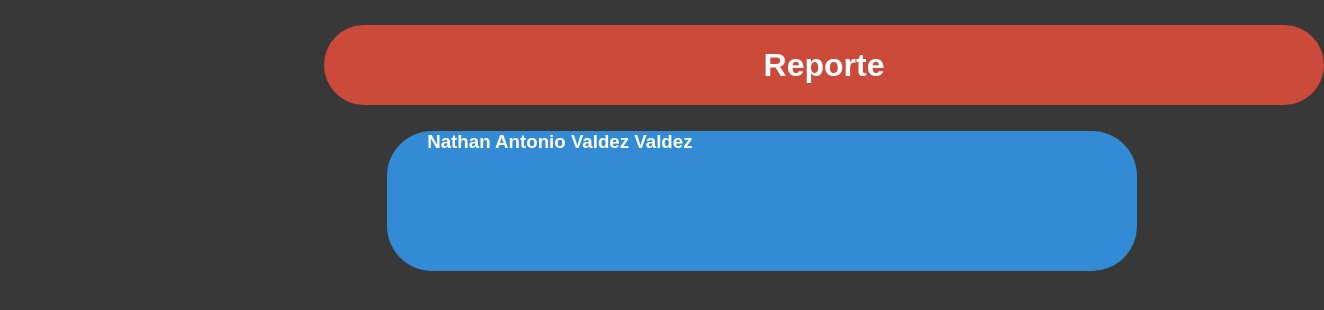
Repository: nathanvdev/LFP_PR_202001568
Page: plantilla.html
The author's editor kept a copy of each file at every save. The page is drawn from the files as they stood at one save, then again after the next save.
The browser window is 1280 px wide. The page is 1324 px wide, so the pictures cover 1324 px, including what lies to the right of the window. The pictures show the whole page.

Above is the page before, as saved 2022-02-19 18:51:24.

### plantilla.html

<!DOCTYPE html>
<html lang="en">
<head>
    <meta charset="UTF-8">
    <meta http-equiv="X-UA-Compatible" content="IE=edge">
    <meta name="viewport" content="width=device-width, initial-scale=1.0">
    <title>Document</title>
</head>
<style>
    body{
        font-family: sans-serif;
    }
    .titlebox{
        background-color: rgb(204, 74, 57);
        height: 80px;
        width: 1000px;
        margin: 2%;
        margin-left: 25%;
        border-radius: 45px;


        display: flex;
        justify-content: center;
    }
    .PersonalInfo{
        background-color: rgb(50, 139, 212);
        height: 140px;
        width: 750px;
        margin: 2%;
        margin-left: 30%;
        border-radius: 45px;

    }
</style>
<body style="background-color: rgb(56, 56, 56);">
    <div class="titlebox">
        <h1 style="color: white;">Reporte</h1>
    </div>
    <div class="PersonalInfo">
        <h3 style="color: white; padding-left: 40px;">
            Nathan Antonio Valdez Valdez
        </h3>
    </div>
</body>
</html>

After the next save:
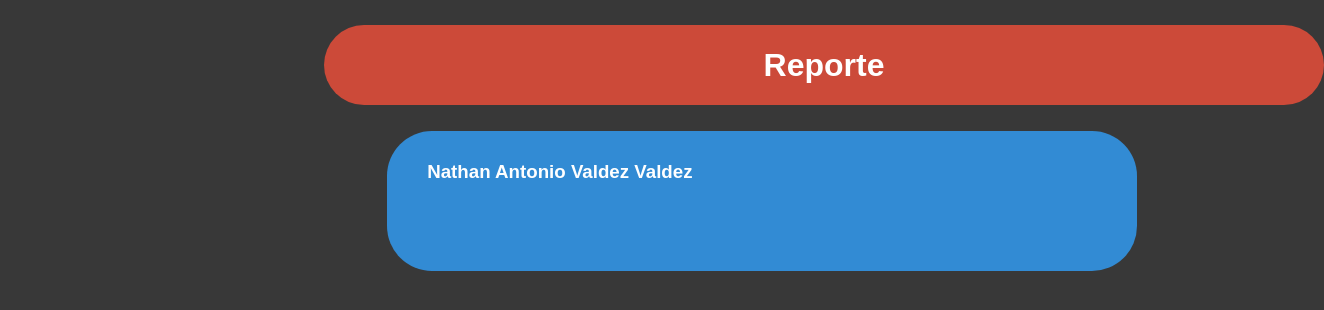
Saved 14 s later.
--- a/plantilla.html
+++ b/plantilla.html
@@ -38,7 +38,8 @@
         <h1 style="color: white;">Reporte</h1>
     </div>
     <div class="PersonalInfo">
-        <h3 style="color: white; padding-left: 40px;">
+        <h3 style="color: white; padding-left: 40px;
+        padding-top: 30px;">
             Nathan Antonio Valdez Valdez
         </h3>
     </div>
